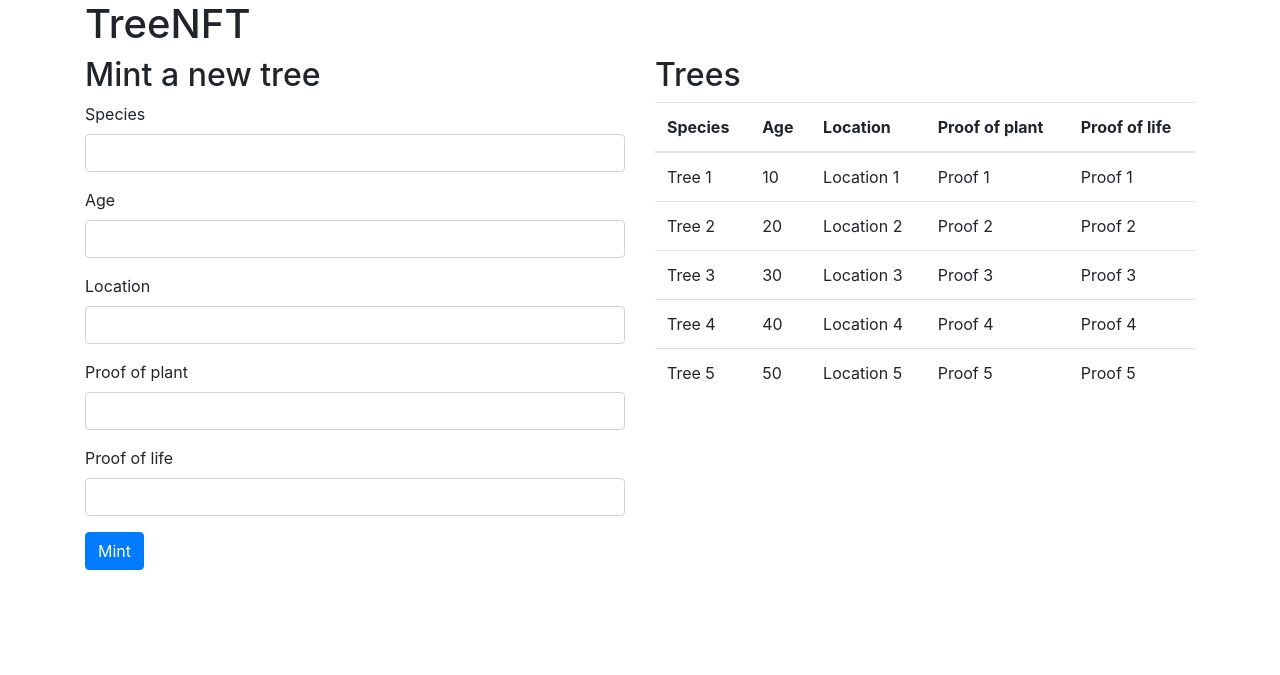
Repository: Jeremicarose/Celo-Code-Jam-3.0
Page: index.html
An editor plug-in stored every save of this project. The page is shown before and after the next save, followed by the edit.
The browser window is 1280 px wide. The pictures show the whole page.

Above is the page before, as saved 2023-06-29 21:58:31.

After the next save:
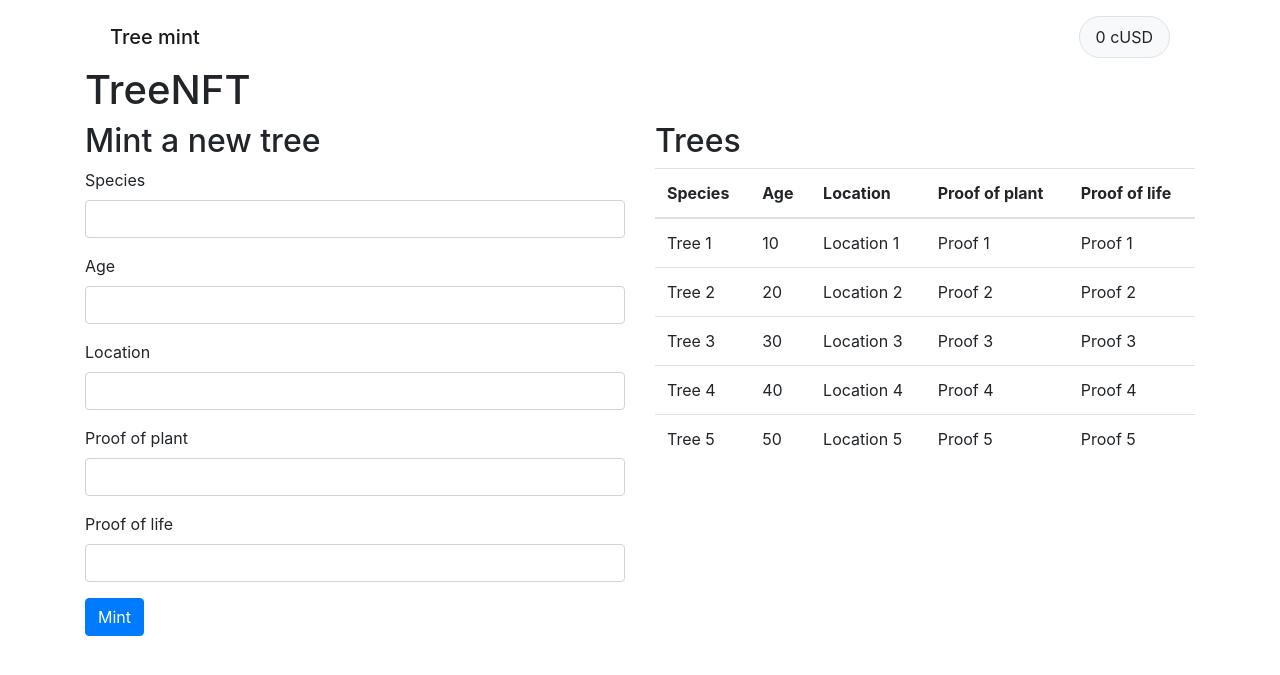
Saved 4 min 19 s later.
--- a/index.html
+++ b/index.html
@@ -9,6 +9,18 @@
   <script src="mintTree.js"></script>
 </head>
 <body>
+    <div class="container mt-2" style="max-width: 72em">
+
+        <nav class="navbar bg-white navbar-light">
+          <div class="container-fluid">
+            <span class="navbar-brand m-0 h4 fw-bold">Tree mint</span>
+            <span class="nav-link border rounded-pill bg-light">
+              <span id="balance">0</span>
+              cUSD
+            </span>
+          </div>
+        </nav>
+        </div>
   <div class="container">
     <h1>TreeNFT</h1>
     <div class="row">
